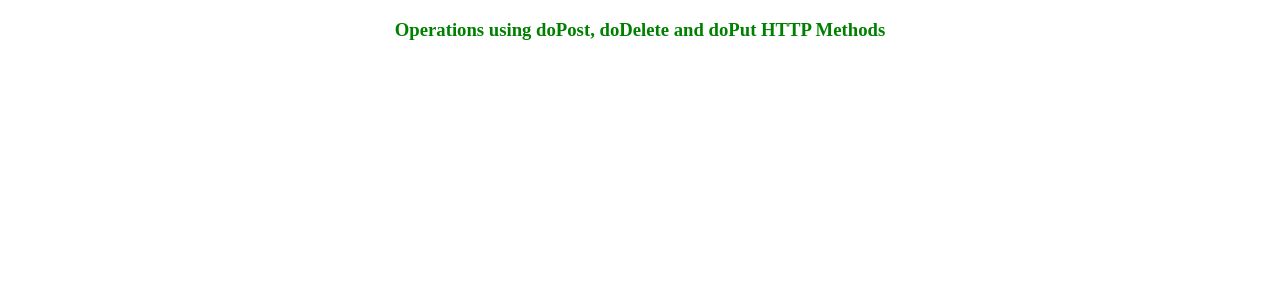
Repository: aparadamx/MavenServletJSP
Page: GymWebApp/src/main/webapp/index.html
The author's editor kept a copy of each file at every save. The page is drawn from the files as they stood at one save, then again after the next save.
The browser window is 1280 px wide. The pictures show the whole page.

Above is the page before, as saved 2024-09-05 08:04:47.

After the next save:
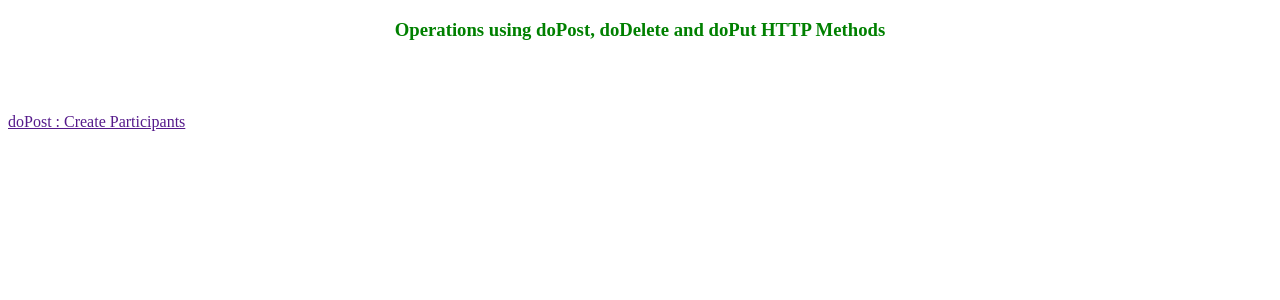
Saved 119 s later.
--- a/GymWebApp/src/main/webapp/index.html
+++ b/GymWebApp/src/main/webapp/index.html
@@ -6,10 +6,12 @@
 </head>
 <body>
 	<div>
-		<h3 style="text-align:center ; color:green">Operations using doPost, doDelete and doPut HTTP Methods</h3><br>
+		<h3 style="text-align:center ; color:green">Operations using doPost, doDelete and doPut HTTP Methods</h3><br><br><br>
 	</div>
 
-
+	<div>
+		<a href="">doPost : Create Participants</a><br>
+	</div>
 
 </body>
 </html>
